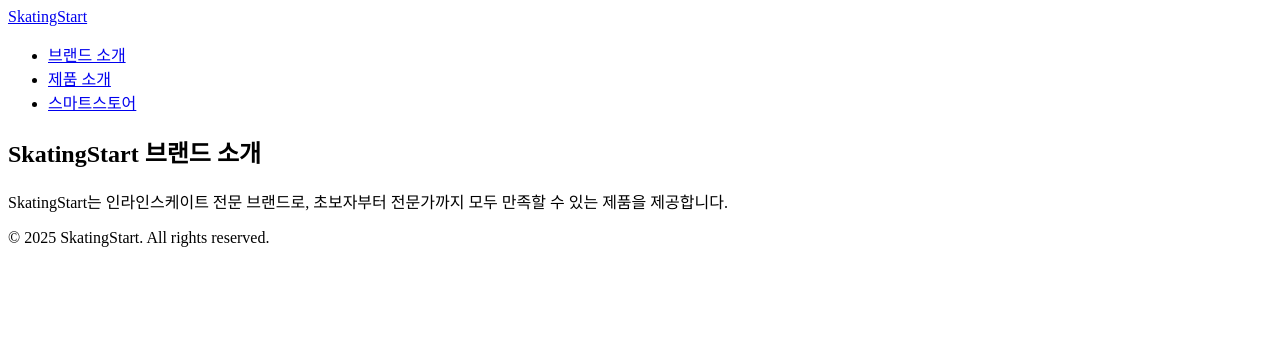
Repository: norwegianwood97/BNB-Sports
Page: about.html
The author's editor kept a copy of each file at every save. The page is drawn from the files as they stood at one save, then again after the next save.
The browser window is 1280 px wide. The pictures show the whole page.

Above is the page before, as saved 2025-09-27 01:18:15.

### about.html
<!DOCTYPE html>
<html lang="ko">
  <head>
    <meta charset="UTF-8" />
    <meta name="viewport" content="width=device-width, initial-scale=1.0" />
    <title>SkatingStart - 브랜드 소개</title>
    <link rel="stylesheet" href="assets/css/style.css" />
  </head>
  <body>
    <header>
      <nav>
        <a href="index.html" class="logo">SkatingStart</a>
        <ul>
          <li><a href="about.html">브랜드 소개</a></li>
          <li><a href="products/product1.html">제품 소개</a></li>
          <li>
            <a href="https://smartstore.naver.com/" target="_blank"
              >스마트스토어</a
            >
          </li>
        </ul>
      </nav>
    </header>

    <main>
      <section class="brand-intro">
        <h1>SkatingStart 브랜드 소개</h1>
        <p>
          SkatingStart는 인라인스케이트 전문 브랜드로, 초보자부터 전문가까지
          모두 만족할 수 있는 제품을 제공합니다.
        </p>
      </section>
    </main>

    <footer>
      <p>© 2025 SkatingStart. All rights reserved.</p>
    </footer>
  </body>
</html>

### assets/css/style.css
.product-detail {
  display: flex;
  flex-wrap: wrap;
  gap: 2rem;
  padding: 3rem 2rem;
  max-width: 1200px;
  margin: auto;
}

.product-image img {
  width: 400px;
  border-radius: 12px;
  box-shadow: 0 4px 6px rgba(0, 0, 0, 0.2);
}

.product-info {
  flex: 1;
}

.product-info h1 {
  font-size: 2rem;
  margin-bottom: 1rem;
}

.product-info .desc {
  font-size: 1.1rem;
  margin-bottom: 1.5rem;
  line-height: 1.6;
}

.product-info .specs {
  list-style: none;
  padding: 0;
  margin-bottom: 1.5rem;
}

.product-info .specs li {
  margin-bottom: 0.5rem;
  font-size: 1rem;
}

.product-info .btn {
  display: inline-block;
  padding: 0.8rem 1.5rem;
  background: #ff5a5f;
  color: #fff;
  text-decoration: none;
  border-radius: 6px;
  font-weight: bold;
}

After the next save:
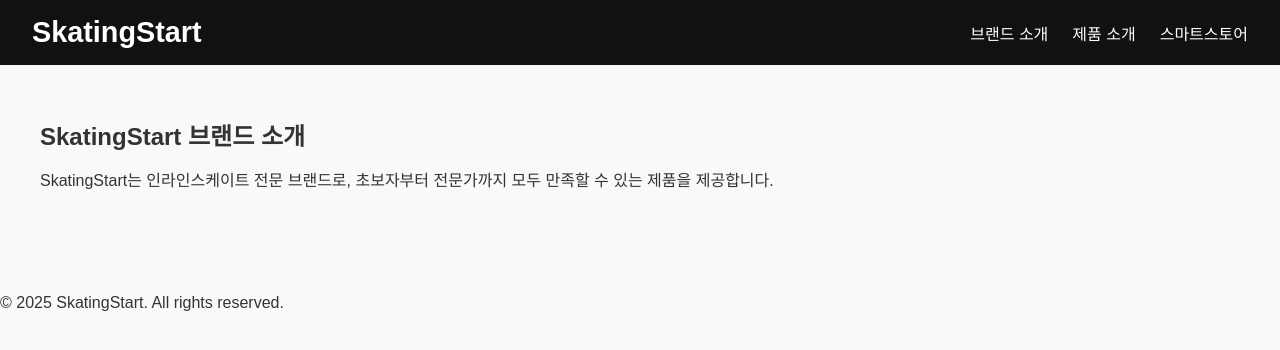
Saved 2 min 28 s later.
--- a/assets/css/style.css
+++ b/assets/css/style.css
@@ -1,3 +1,107 @@
+body {
+  margin: 0;
+  font-family: 'Arial', sans-serif;
+  background: #f9f9f9;
+  color: #333;
+}
+
+main {
+  max-width: 1200px;
+  margin: 0 auto;
+  padding: 2rem;
+}
+
+header {
+  background: #111;
+  padding: 1rem 2rem;
+}
+
+header nav {
+  display: flex;
+  justify-content: space-between;
+  align-items: center;
+}
+
+header .logo {
+  color: #fff;
+  font-size: 1.8rem;
+  font-weight: bold;
+  text-decoration: none;
+}
+
+header ul {
+  display: flex;
+  gap: 1.5rem;
+  list-style: none;
+  margin: 0;
+  padding: 0;
+}
+
+header ul li a {
+  color: #fff;
+  text-decoration: none;
+  font-weight: 500;
+  transition: color 0.3s;
+}
+
+header ul li a:hover {
+  color: #ff5a5f;
+}
+
+.products-preview .grid {
+  display: flex;
+  flex-wrap: wrap;
+  gap: 2rem;
+  justify-content: center;
+}
+
+.products-preview .grid a {
+  display: block;
+  border-radius: 12px;
+  overflow: hidden;
+  box-shadow: 0 4px 12px rgba(0, 0, 0, 0.15);
+  transition: transform 0.3s, box-shadow 0.3s;
+}
+
+.products-preview .grid a:hover {
+  transform: translateY(-5px);
+  box-shadow: 0 8px 20px rgba(0, 0, 0, 0.25);
+}
+
+.products-preview img {
+  width: 250px;
+  height: auto;
+  display: block;
+}
+
+.btn {
+  display: inline-block;
+  padding: 0.7rem 1.5rem;
+  background: #ff5a5f;
+  color: white;
+  text-decoration: none;
+  border-radius: 6px;
+  font-weight: bold;
+  transition: background 0.3s;
+}
+
+.btn:hover {
+  background: #e04a50;
+}
+section {
+  margin-bottom: 3rem;
+}
+
+h1,
+h2 {
+  margin-bottom: 1rem;
+  font-weight: bold;
+}
+
+p {
+  line-height: 1.6;
+}
+
 .product-detail {
   display: flex;
   flex-wrap: wrap;
